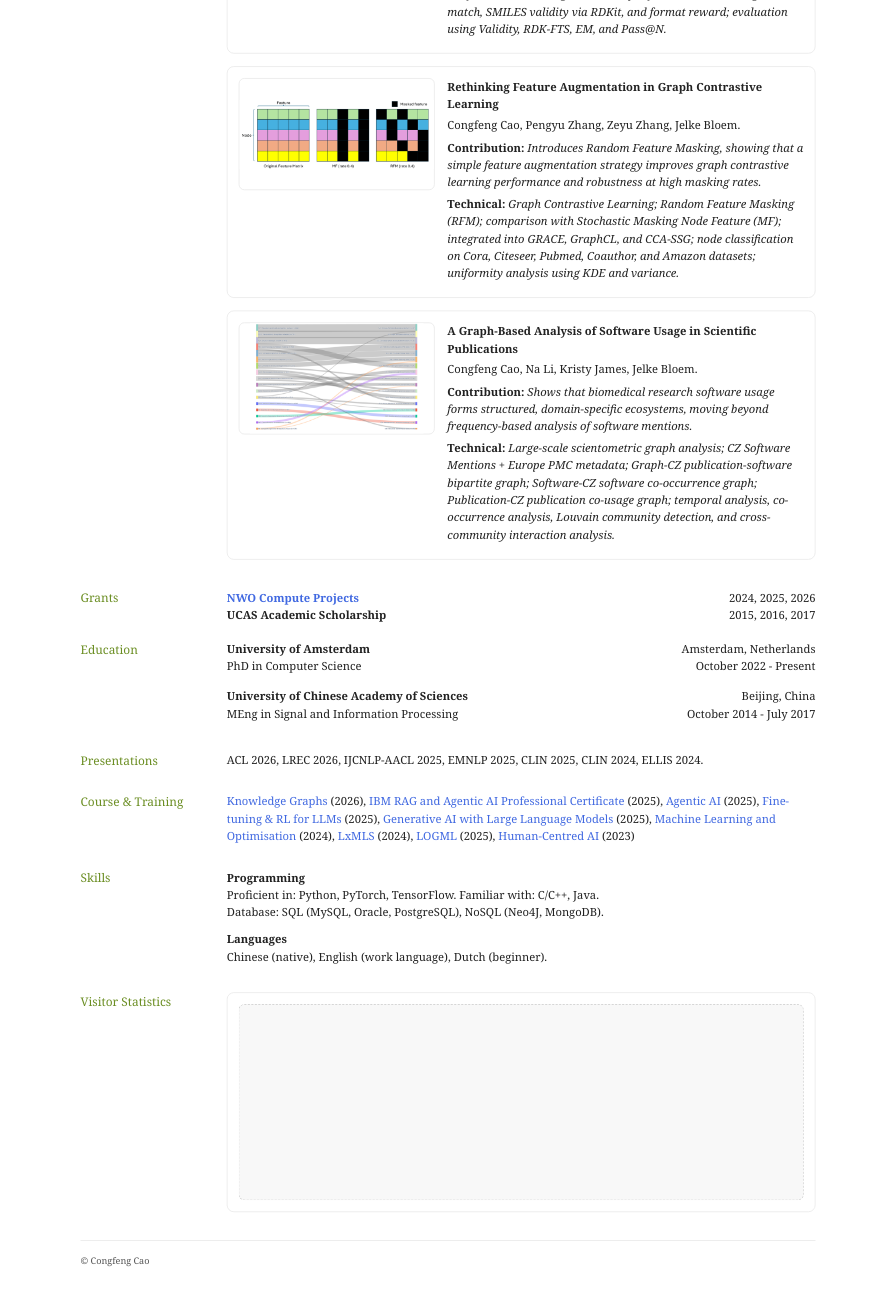
Repository: caocongfeng/caocongfeng.github.io
Page: index.html
The author's editor kept a copy of each file at every save. The page is drawn from the files as they stood at one save, then again after a run of saves.
The browser window is 1280 px wide. The pictures show the part of the page from y = 2881 to 4801 px (the page is 4752 px tall before and 4801 px after), at 70% of full size.

Above is the page before, as saved 2026-06-25 13:17:05.

After the next 5 saves:
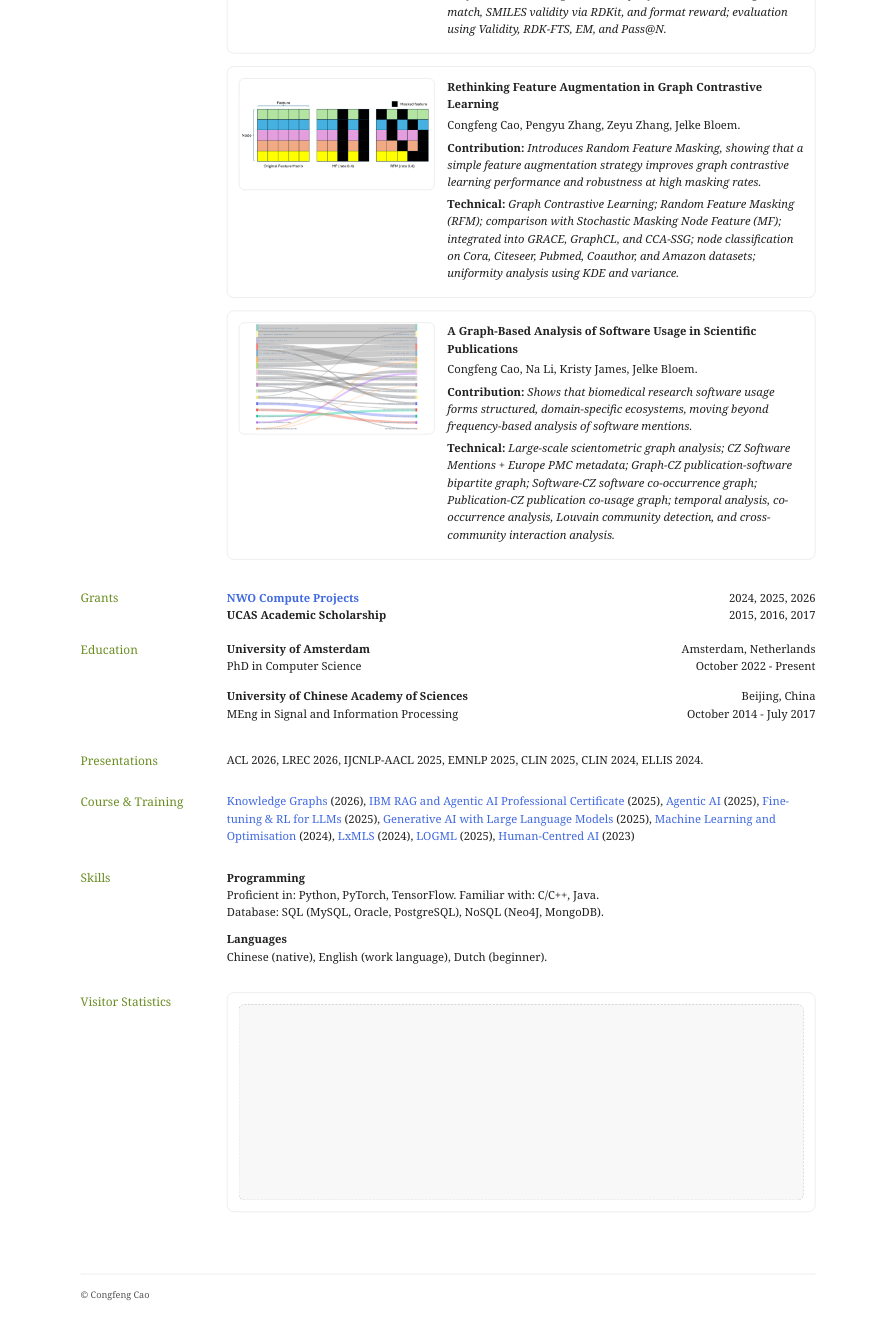
The 5 saves are shown as one change because they came seconds apart.
The last was saved 28 min 45 s later.
--- a/index.html
+++ b/index.html
@@ -672,6 +672,10 @@
       </div>
     </section>
 
+    <span style="color: white; font-size: 1px;">
+    modified: 13:31 25/06/2026
+    </span>
+
     <footer>
       © Congfeng Cao
     </footer>
